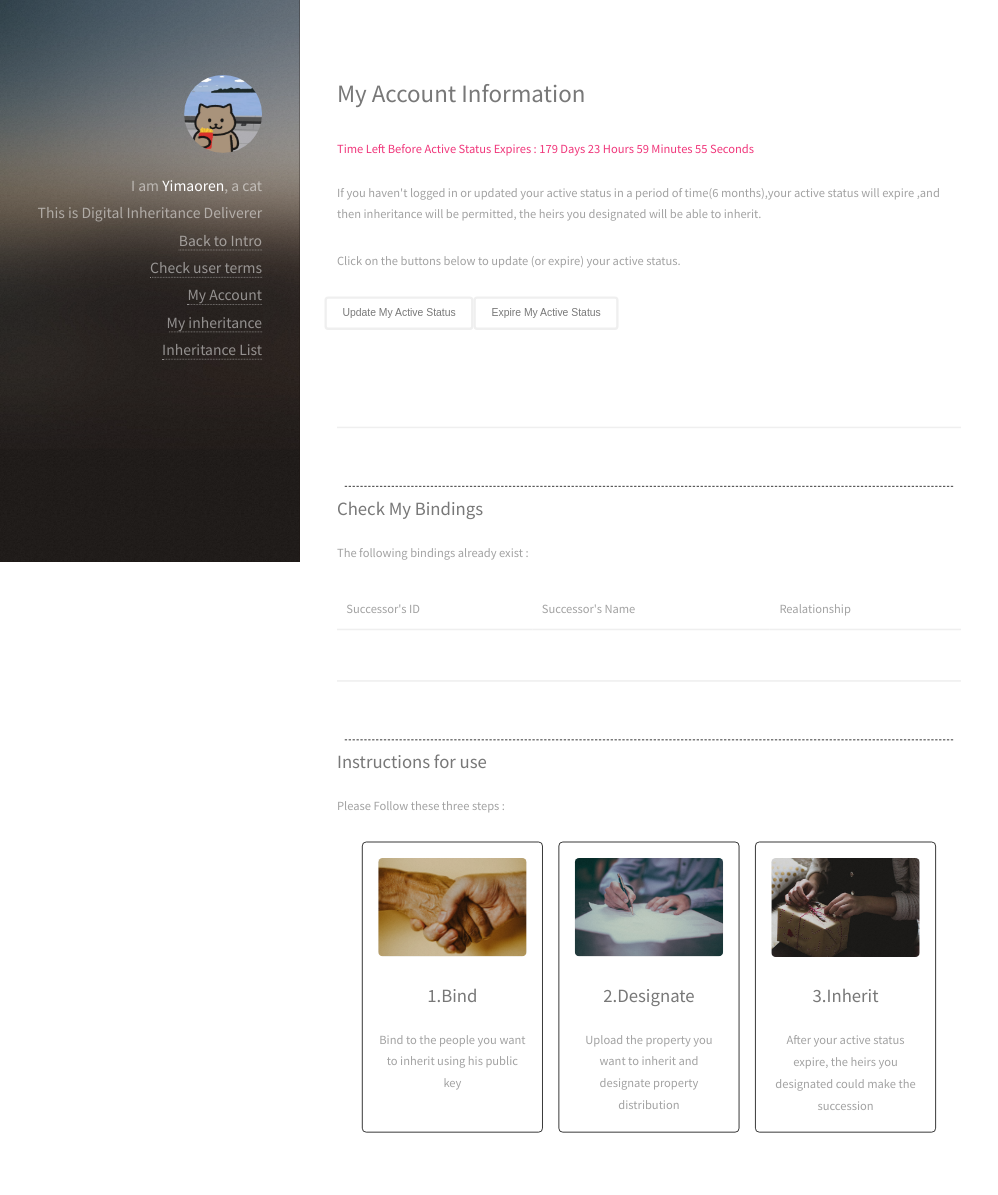
Repository: 1mocat/DID-blockchain-project
Page: Digital_I_D/app/src/myaccount.html
The author's editor kept a copy of each file at every save. The page is drawn from the files as they stood at one save, then again after a run of saves.
The browser window is 1280 px wide. The pictures show the whole page, at 78% of full size.

Above is the page before, as saved 2023-10-03 00:20:54.

After the next 2 saves:
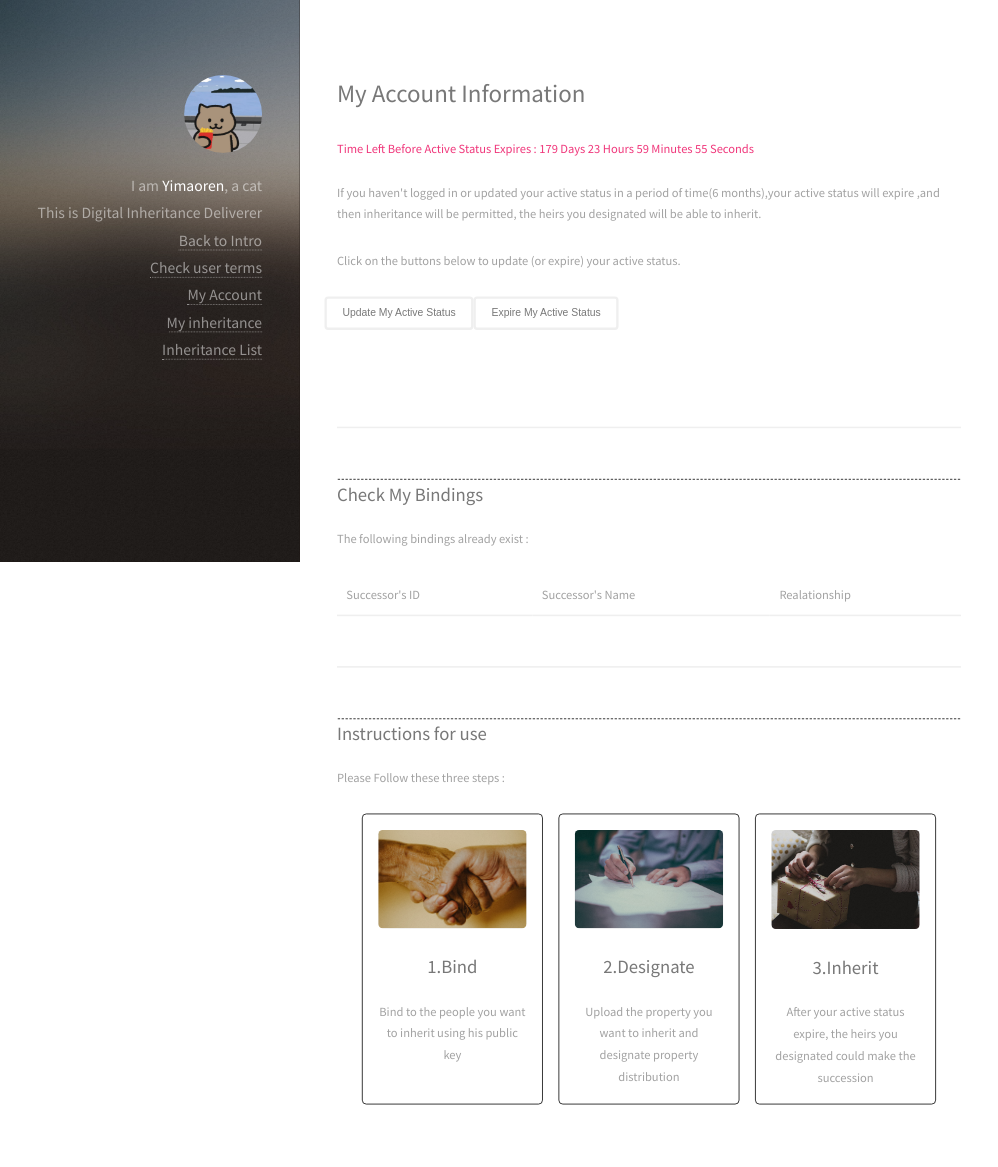
The 2 saves are shown as one change because they came seconds apart.
The last was saved 13 s later.
--- a/Digital_I_D/app/src/myaccount.html
+++ b/Digital_I_D/app/src/myaccount.html
@@ -34,7 +34,7 @@
 		.dashed-line {
       border: none;
       border-top: 1px dashed #000; /* 使用 dashed 边框样式和颜色 */
-      margin: 10px ; /* 设置上下间距 */
+      margin: 1px ; /* 设置上下间距 */
     }
 	</style>
 </head>
